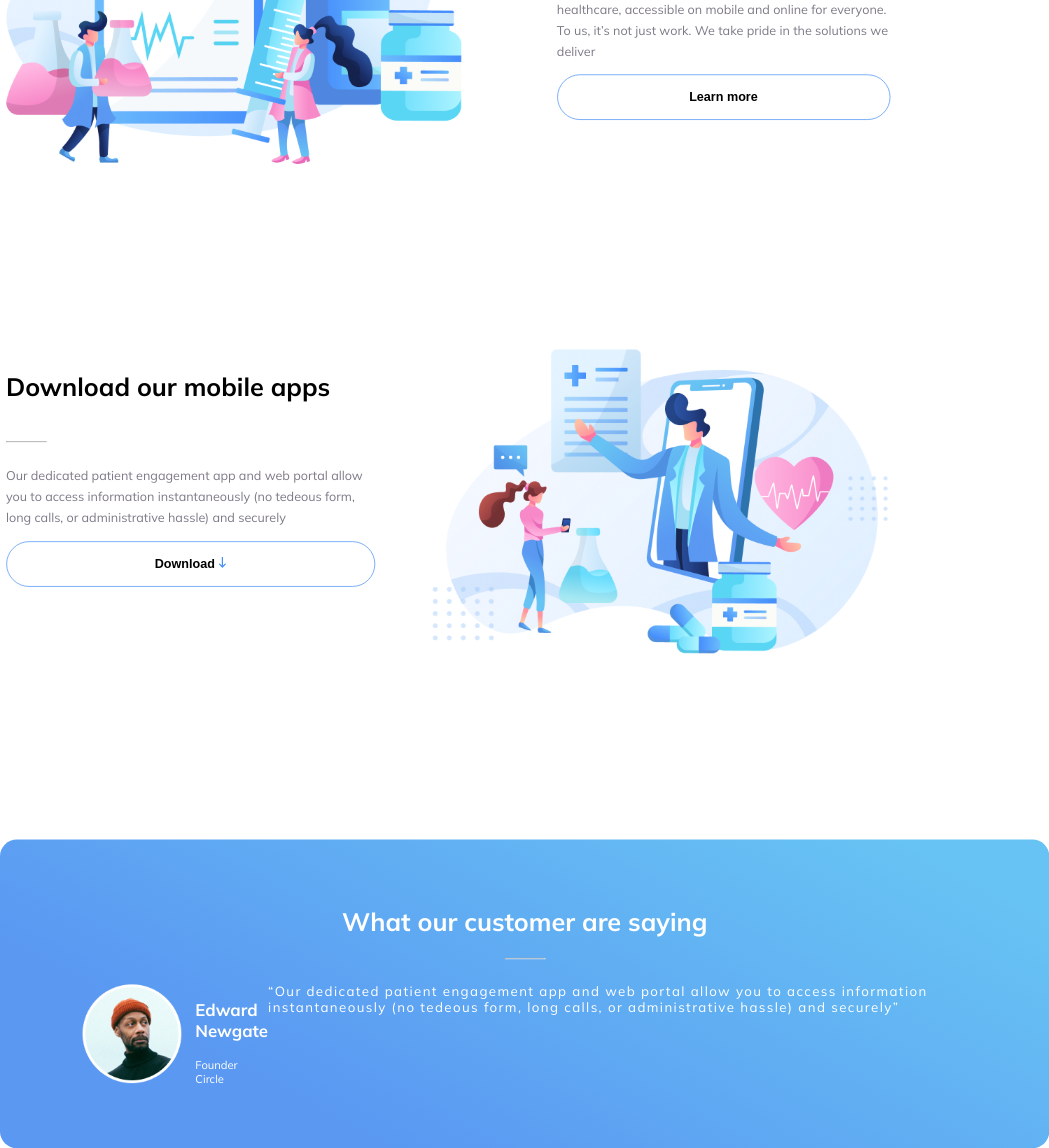
Repository: ivan-developer-01/trafalgar-layout
Page: index.html
These files come from the project's save history. The page is drawn as it stood at one moment and after the next save; the edit follows.
The browser window is 1280 px wide. The page is 1499 px wide, so the pictures cover 1499 px, including what lies to the right of the window. The pictures show the part of the page from y = 2446 to 4086 px (the page is 4086 px tall), at 70% of full size.

Above is the page before, as saved 2024-11-08 15:36:21.

### index.html
<!DOCTYPE html>
<html lang="en">
<head>
	<meta charset="UTF-8">
	<meta http-equiv="X-UA-Compatible" content="IE=edge">
	<meta name="viewport" content="width=device-width, initial-scale=1.0">
	<title>Trafalgar Services</title>
	<link rel="preconnect" href="https://fonts.googleapis.com">
	<link rel="preconnect" href="https://fonts.gstatic.com" crossorigin>
	<link href="https://fonts.googleapis.com/css2?family=Mulish:ital,wght@0,200;0,300;0,400;0,500;0,600;0,700;0,800;0,900;1,200;1,300;1,400;1,500;1,600;1,700;1,800;1,900&display=swap" rel="stylesheet">
	<link rel="stylesheet" href="style.css">
</head>
<body>
	<header class="header">
		<div class="container">
			<!-- left part -->
			<div>
				<div class="logo">
					<img src="images/logo.png" alt="Trafalgar Logo">
				</div>
			</div>

			<!-- right part -->
			<div>
				<nav>
					<a href="#" class="nav__link nav__link-main">Home</a>
					<a href="#" class="nav__link">Find a doctor</a>
					<a href="#" class="nav__link">Apps</a>
					<a href="#" class="nav__link">Testimonials</a>
					<a href="#" class="nav__link">About us</a>
				</nav>
			</div>
		</div>
	</header>

	<main>
		<section class="main-info">
			<div class="container">
				<!-- left part -->
				<div>
					<h1>Virtual healthcare for you</h1>

					<p>Trafalgar provides progressive, and affordable healthcare, accessible on mobile and online for everyone</p>

					<button class="button round-button bg-blue">Consult today</button>
				</div>

				<!-- right part -->
				<div>
					<img src="images/hero.png" alt="Trafalgar hero image">
				</div>
			</div>

			<div class="overlay"></div>
		</section>

		<section class="our-services">
			<div class="container">
				<h2>Our services</h2>
				<hr>

				<p>We provide to you the best choiches for you. Adjust it to your health needs and make sure your undergo treatment with our highly qualified doctors you can consult with us which type of service is suitable for your health</p>

				<div class="cards">
					<div class="card">
						<img src="images/our-services/cards/search-doctor.svg" alt="Search doctor">
						<h3>Search doctor</h3>
						<p>Choose your doctor from thousands of specialist, general, and trusted hospitals</p>
					</div>
					<div class="card">
						<img src="images/our-services/cards/online-pharmacy.svg" alt="Online pharmacy">
						<h3>Online pharmacy</h3>
						<p>Buy  your medicines with our mobile application with a simple delivery system</p>
					</div>
					<div class="card">
						<img src="images/our-services/cards/consultation.svg" alt="Consultation">
						<h3>Consultation</h3>
						<p>Free consultation with our trusted doctors and get the best recomendations</p>
					</div>
					<div class="card">
						<img src="images/our-services/cards/details-info.svg" alt="Details info">
						<h3>Details info</h3>
						<p>Free consultation with our trusted doctors and get the best recomendations</p>
					</div>
					<div class="card">
						<img src="images/our-services/cards/emergency-care.svg" alt="Emergency care">
						<h3>Emergency care</h3>
						<p>You can get 24/7 urgent care for yourself or your children and your
lovely family</p>
					</div>
					<div class="card">
						<img src="images/our-services/cards/tracking.svg" alt="Tracking">
						<h3>Tracking</h3>
						<p>Track and save your medical history and health data</p>
					</div>
				</div>

				<button class="button round-button">Learn more</button>
			</div>

			<div class="overlay"></div>
			<div class="top-overlay"></div>
		</section>

		<section class="apps">
			<div class="container">
				<div class="flex-two-blocks">
					<!-- left part -->
					<div>
						<div class="image">
							<img src="images/apps/leading-healthcare-providers.png" alt="Leading healthcare providers">
						</div>
					</div>

					<!-- right part -->
					<div>
						<h2>Leading healthcare providers</h2>
						<hr>
						<p>
							Trafalgar provides progressive, and affordable healthcare, accessible on mobile and online for everyone. To us, it’s not just work. We take pride in the solutions we deliver
						</p>

						<button class="button round-button">Learn more</button>
					</div>
				</div>

				<div class="flex-two-blocks">
					<!-- left part -->
					<div>
						<h2>Download our mobile apps</h2>
						<hr>
						<p>
							Our dedicated patient engagement app and web portal allow you to access information instantaneously (no tedeous form, long calls, or administrative hassle) and securely
						</p>

						<button class="button round-button">Download
							<img src="images/arrow-download.svg" alt="Download icon">
						</button>
					</div>

					<!-- right part -->
					<div>
						<div class="image">
							<img src="images/apps/mobile-apps.png" alt="Mobile apps">
						</div>
					</div>
				</div>
			</div>
		</section>

		<section class="reviews">
			<div class="container">
				<h2>What our customer are saying</h2>
				<hr>
				<div class="review-slider">
					<div class="review">
						<div class="review-user">
							<img src="images/reviews/avatar-1.png" alt="Avatar" class="avatar">
							<div class="user-credentials">
								<h3>Edward Newgate</h3>
								<span>Founder Circle</span>
							</div>
						</div>

						<div class="review-text">
							<p>
								“Our dedicated patient engagement app and web portal allow you to access information instantaneously (no tedeous form, long calls, or administrative hassle) and securely”
							</p>
						</div>
					</div>
				</div>
			</div>
		</section>
	</main>
</body>
</html>

### style.css
html,
body {
	width: 100vw;
	margin: 0;
	padding: 0;
	font-family: 'Mulish', sans-serif;
}

.container {
	width: 100%;
	max-width: 1263px;
	margin: 0 auto;
}

section hr {
	width: 56px;
	margin-top: 26px;
	margin-bottom: 33px;
}

h1 {
	font-size: 48px;
}

h3 {
	font-size: 24px;
}

p {
	color: #7D7987;
	margin-top: 0;
}

.button {
	/* appearance: none; */
	border: 1px solid #458FF6;
	background: transparent;
	cursor: pointer;
	font-weight: 700;
	font-size: 18px;
	padding: 21px 41px;
}

.button.round-button {
	border-radius: 999px;
}

.bg-blue {
	background-color: #458FF6;
	color: #FFF;
}

/* header */
.header {
	padding-top: 56px;
}

.header .container {
	display: flex;
	justify-content: space-between;
	align-items: center;
}

.header nav {
	display: flex;
	gap: 40px;
	font-size: 18px;
}

.header nav a {
	text-decoration: none;
	color: #8f8a9a;
}

.header .nav__link-main {
	color: #1F1534;
}
/* /header */

/* main-info */
.main-info {
	position: relative;
}

.main-info .overlay {
	position: absolute;
	top: 0;
	left: 0;
	right: 0;
	bottom: 0;
	background-image: url(images/main-info-overlay.png);
	background-repeat: no-repeat;
	z-index: -1;
}

.main-info .container {
	display: flex;
	justify-content: space-between;
	align-items: center;
	gap: 109px;
}

.main-info p {
	font-size: 21px;
	line-height: 32px;
	margin-top: 25px;
	margin-bottom: 45px;
}
/* /main-info */

/* our-services */
.our-services {
	margin-top: 190px;
	position: relative;
}

.our-services .overlay,
.our-services .top-overlay {
	position: absolute;
	right: 0;
	bottom: 0;
	left: 0;
	background-repeat: no-repeat;
	z-index: -1;
	pointer-events: none;
}

.our-services .overlay {
	top: calc(20% - 44px);
	background-image: url(images/our-services/our-services-overlay.svg);
}

.our-services .top-overlay {
	top: 46%;
	left: 76%;
	background-image: url(images/our-services/our-services-top-overlay.svg);
}

.our-services .container {
	text-align: center;
}

.our-services p {
	max-width: 952px;
	margin: 0 auto;
}

.our-services .cards {
	display: grid;
	grid-template-columns: repeat(3, 1fr);
	gap: 34px;
	margin-top: 80px;
	position: relative;
	background: transparent;
}

.our-services .cards .card {
	box-shadow: 10px 40px 50px 0px #E5E9F666;
	/* top right bottom left */
	width: calc(350px - 52px - 36px);
	height: calc(354px - 58px - 47px);
	border-radius: 20px;
	padding: 58px 52px 47px 36px;
	text-align: left;
	background: #FFF;
	z-index: 1;
}

.our-services .cards .card p {
	font-size: 16px;
	line-height: 28px;
}

.our-services .cards .card h3 {
	margin-top: 36.25px;
}

.our-services .button {
	margin-top: 72px;
	color: #458FF6;
	border-width: 1.4px;
	min-width: 200px;
}
/* /our-services */

/* apps */
.apps {
	margin-top: 220px;
}

.apps .container {
	display: grid;
	gap: 265px;
}

.apps .flex-two-blocks {
	display: flex;
}

.apps .flex-two-blocks div {
	display: flex;
	flex-direction: column;
}

.apps .flex-two-blocks h2 {
	font-size: 36px;
}

.apps .flex-two-blocks hr {
	text-align: left;
	width: 56px;
	margin-left: 0;
	margin-right: 0;
}

.apps .flex-two-blocks p {
	font-size: 18px;
	line-height: 30px;
}

.apps .flex-two-blocks:first-child {
	gap: 137px;
}

.apps .flex-two-blocks:last-child {
	gap: 71px;
}
/* /apps */

/* reviews */
.reviews {
	margin-top: 266px;
}

.reviews .container {
	background: linear-gradient(208.18deg, #67C3F3 9.05%, #5A98F2 76.74%);
	color: white;
	text-align: center;
	padding: 64px 118px 89px 118px;
	border-radius: 24px;
}

.reviews hr {
	color: white;
}

.reviews h2 {
	font-size: 36px;
}


.review-slider .review {
	display: flex;
	justify-content: center;
}

.review-slider .review .review-user {
	display: flex;
	align-items: center;
	gap: 20px;
	text-align: left;
}

.review-slider .review .review-text {
	text-align: left;
}

.review-slider .review .review-text p {
	color: white;
	font-size: 19px;
	letter-spacing: 2px;
}
/* /reviews */

After the next save:
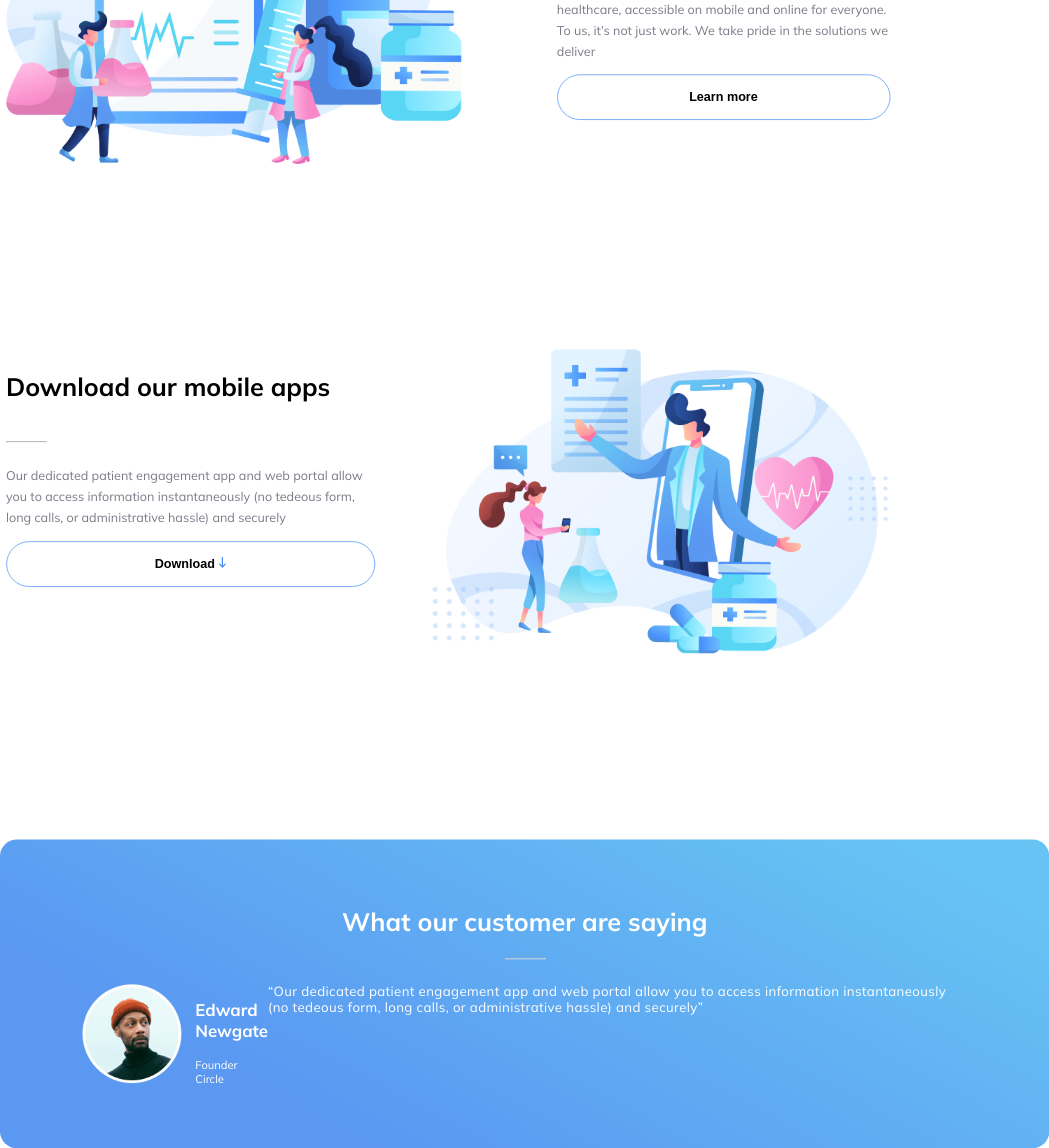
Saved 8 s later.
--- a/style.css
+++ b/style.css
@@ -268,6 +268,6 @@ p {
 .review-slider .review .review-text p {
 	color: white;
 	font-size: 19px;
-	letter-spacing: 2px;
+	letter-spacing: 0.5px;
 }
 /* /reviews */
